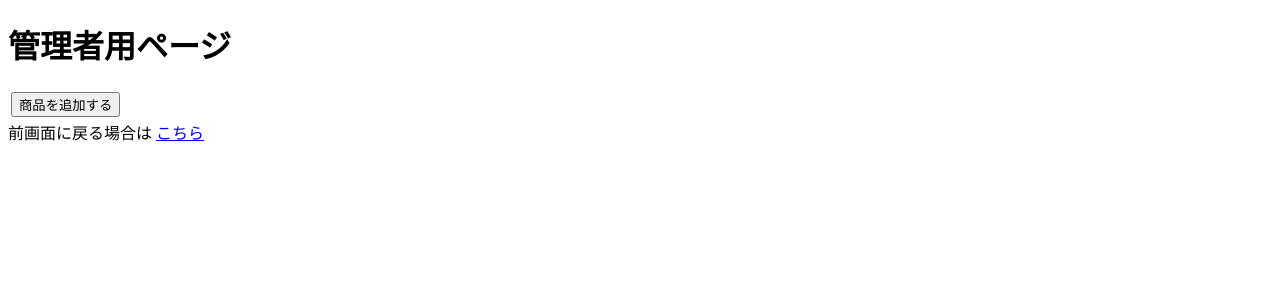
Repository: MurayamaMura/ecsite
Page: http://localhost/ecsite/managerLogin.jsp
These files come from the project's save history. The page is drawn as it stood at one moment and after the next save; the edit follows.
The browser window is 1280 px wide. The pictures show the whole page.
The page is served by Tomcat 9.

Above is the page before, as saved 2018-08-03 10:39:33.

After the next save:
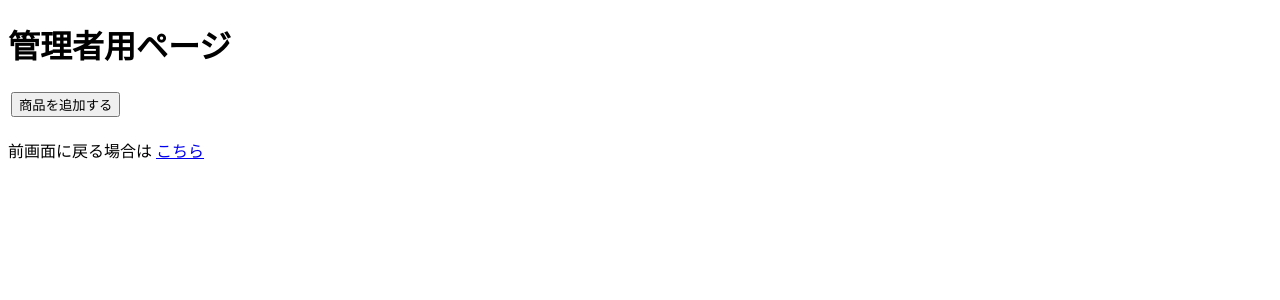
Saved 110 s later.
--- a/ecsite/WebContent/managerLogin.jsp
+++ b/ecsite/WebContent/managerLogin.jsp
@@ -18,11 +18,11 @@
 		<s:form action="AddItemAction">
  			<s:submit value="商品を追加する"/>
 		</s:form>
+		<br>
 		<div>
-
-				<span>前画面に戻る場合は</span>
-				<a href='<s:url action="ManagerAction"/>'>こちら</a>
-			</div>
+			<span>前画面に戻る場合は</span>
+			<a href='<s:url action="ManagerAction"/>'>こちら</a>
+		</div>
 	</div>
 </div>
 	<div id="footer">
